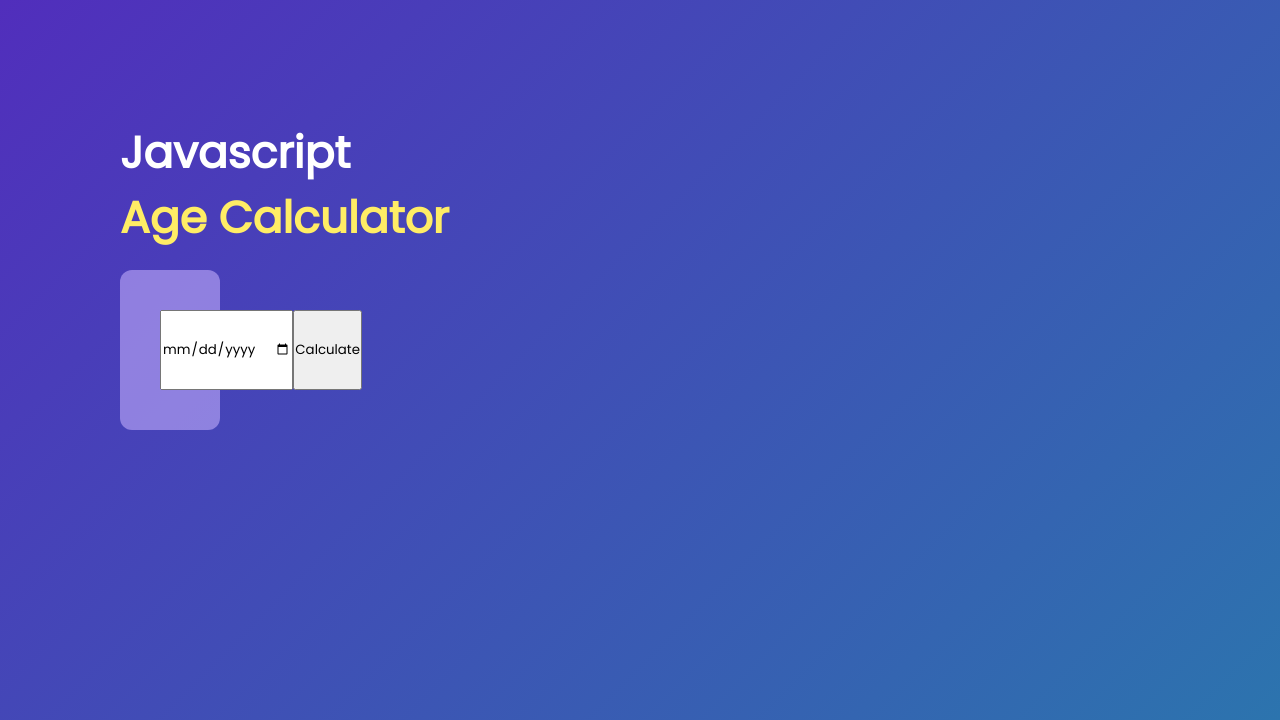
Repository: Ankitkr2021/Age-Calculator
Page: index.html
An editor plug-in stored every save of this project. The page is shown before and after the next save, followed by the edit.
The browser window is 1280 px wide. The pictures show the whole page.

Above is the page before, as saved 2025-10-05 10:28:48.

### index.html
<!DOCTYPE html>
<html lang="en">
<head>
    <meta charset="UTF-8">
    <meta name="viewport" content="width=device-width, initial-scale=1.0">
    <title>Age Calculator</title>
    <link rel="stylesheet" href="./style.css">
</head>
<body>
    <div class="main">
        <h1 class="js">Javascript</h1>
        <h1 class="age">Age Calculator</h1>
        <div class="box">
            <input type="date">
             <button>Calculate</button>
        </div>
    </div>
</body>
</html>

### style.css
@import url("https://fonts.googleapis.com/css2?family=Poppins&display=swap");

*{
    margin: 0;
    padding: 0;
    box-sizing: border-box;
    font-family: "Poppins",sans-serif;
}

body{
    height: 100vh;
    width: 100%;
    background: linear-gradient(135deg, rgb(81, 46, 188), rgb(44, 116, 174));
}

.main{
    /* background: #fff; */
    width: 550px;
    padding: 40px;
}

.js{
    padding-top: 80px;
    padding-left: 80px;
    color: #fff;
    font-size: 44px;
    font-weight: 800;
}

.age{
    /* padding-top: 80px; */
    padding-left: 80px;
    color: #ffed65;
    font-size: 44px;
    font-weight: 800;
}

.box {
    width: 100px;
    display: flex;
    justify-content: space-between;
    background: #fff;
    padding: 40px;
    margin-top: 20px;
    margin-left: 80px;
    background: #c8b2ff8f;
    border-radius: 12px;
}

input {
    width: 220px;
    height: 80px;
}

After the next save:
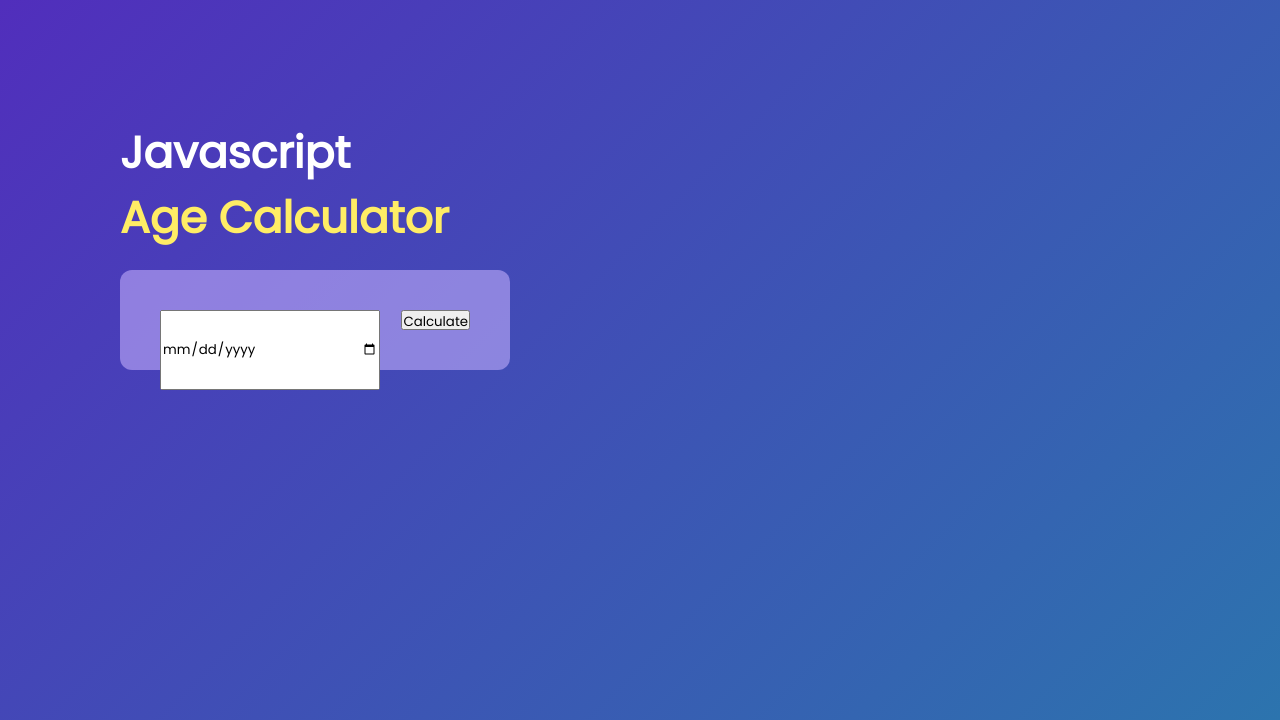
Saved 6 s later.
--- a/style.css
+++ b/style.css
@@ -36,7 +36,7 @@
 }
 
 .box {
-    width: 100px;
+    height: 100px;
     display: flex;
     justify-content: space-between;
     background: #fff;
